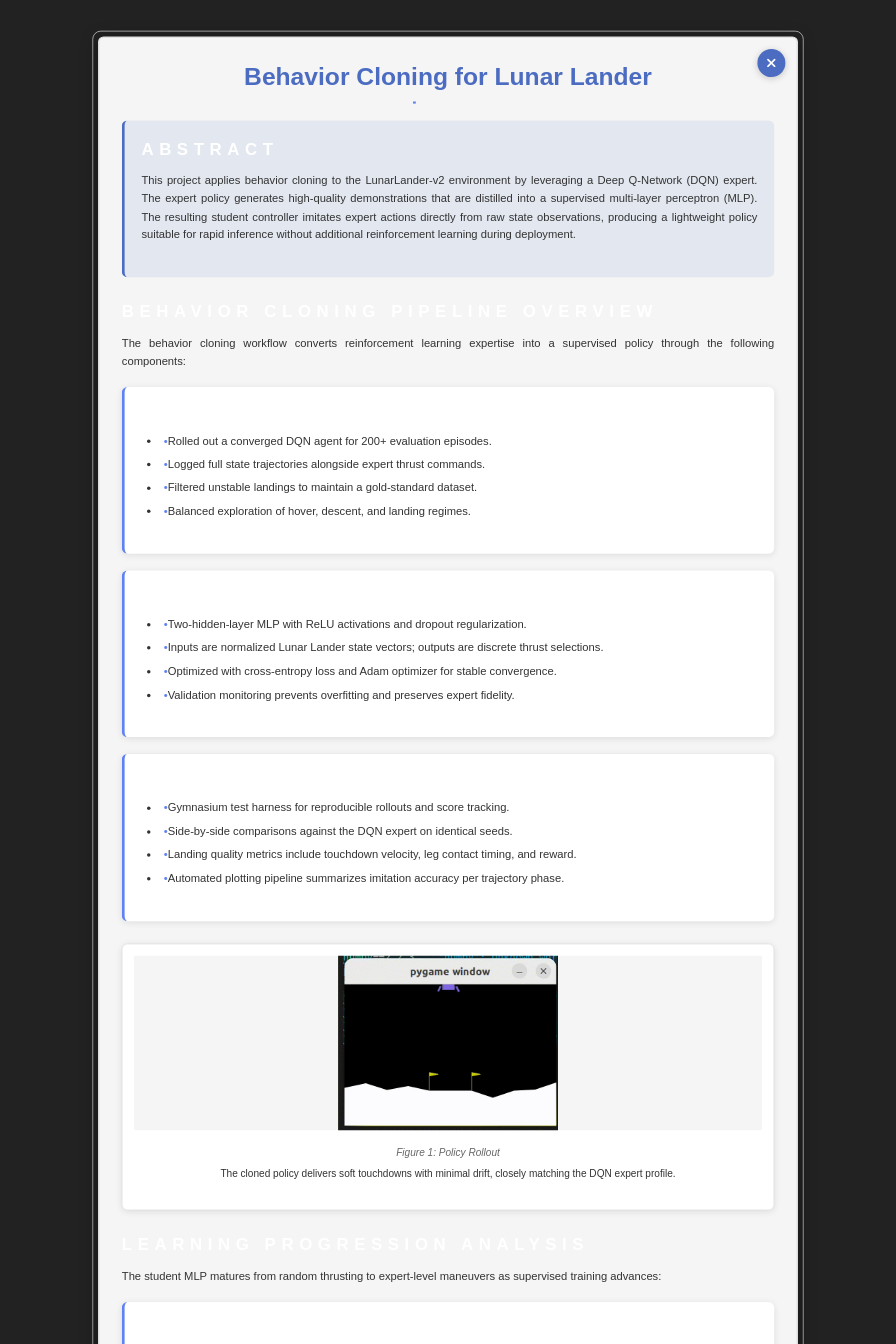
Repository: bk-poudel/bk-poudel.github.io
Page: projects/behavior_cloning_lunar_lander.html
An editor plug-in stored every save of this project. The page is shown before and after the next save, followed by the edit.
The browser window is 1280 px wide. The pictures show the part of the page from y = 0 to 1920 px (the page is 3818 px tall before and 4207 px after), at 70% of full size.

Above is the page before, as saved 2025-12-28 12:40:59.

After the next save:
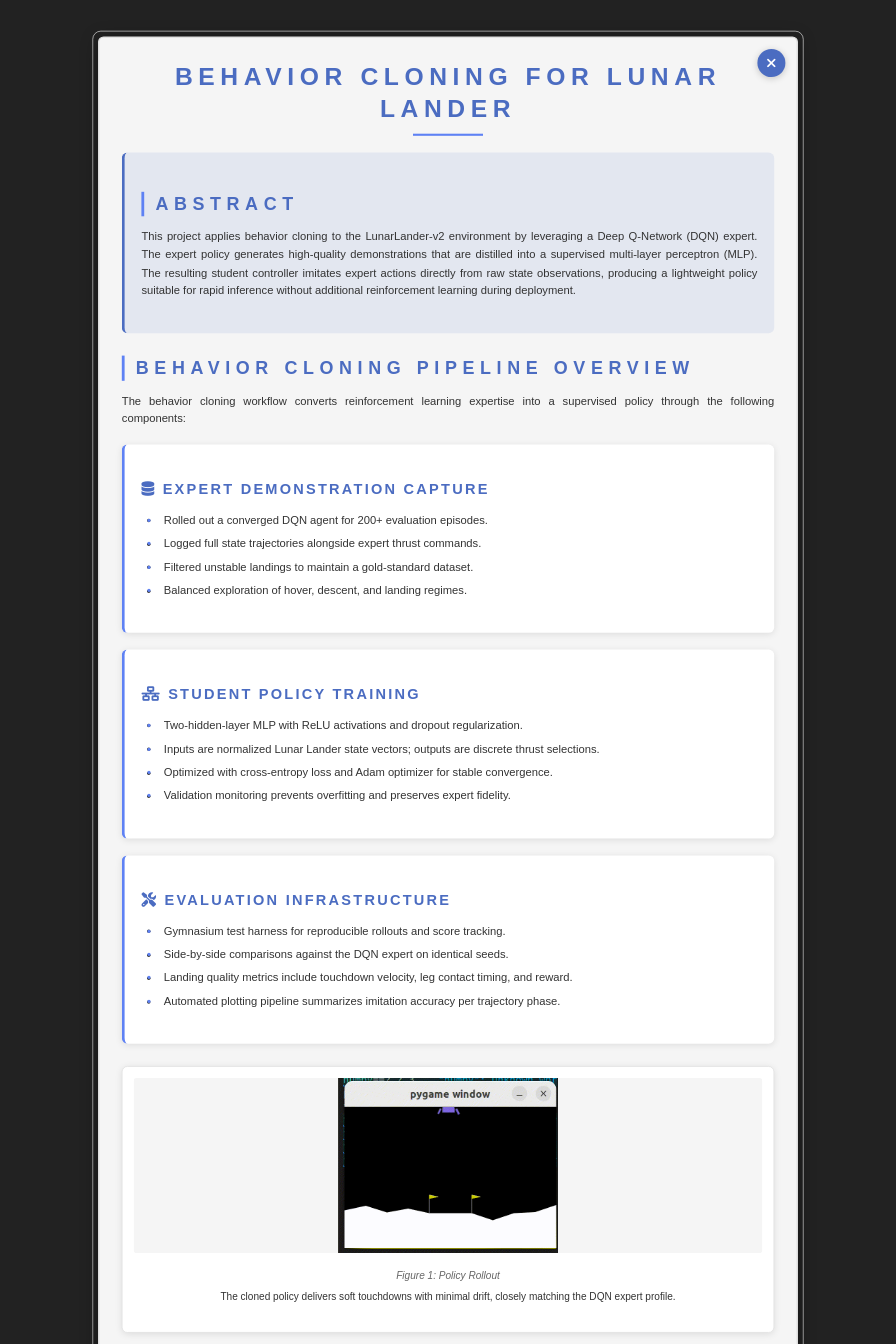
Saved 14 s later.
--- a/projects/behavior_cloning_lunar_lander.html
+++ b/projects/behavior_cloning_lunar_lander.html
@@ -85,8 +85,6 @@
             margin-bottom: 1.5rem;
             position: relative;
             padding-bottom: 1rem;
-            text-transform: none;
-            letter-spacing: normal;
         }
         h1::after {
             content: "";
@@ -96,6 +94,8 @@
             transform: translateX(-50%);
             width: 100px;
             height: 3px;
+            background: var(--accent);
+        }
         h2 {
             color: var(--primary);
             font-size: 1.6rem;
@@ -103,17 +103,11 @@
             margin-bottom: 1rem;
             border-left: 4px solid var(--accent);
             padding-left: 1rem;
-            text-transform: none;
-            letter-spacing: normal;
-        }   border-left: 4px solid var(--accent);
+        }
         h3 {
             color: var(--primary);
             font-size: 1.3rem;
             margin-top: 1.5rem;
-            text-transform: none;
-            letter-spacing: normal;
-        }   font-size: 1.3rem;
-            margin-top: 1.5rem;
         }
         p {
             text-align: justify;
@@ -132,6 +126,10 @@
         li::before {
             content: "•";
             color: var(--accent);
+            font-weight: bold;
+            position: absolute;
+            left: -1rem;
+        }
         .button {
             background: var(--primary);
             color: white;
@@ -143,12 +141,6 @@
             transition: all 0.3s ease;
             font-weight: 500;
             border: none;
-            text-transform: none;
-            letter-spacing: normal;
-        }   align-items: center;
-            transition: all 0.3s ease;
-            font-weight: 500;
-            border: none;
         }
         .button:hover {
             background: var(--accent);
